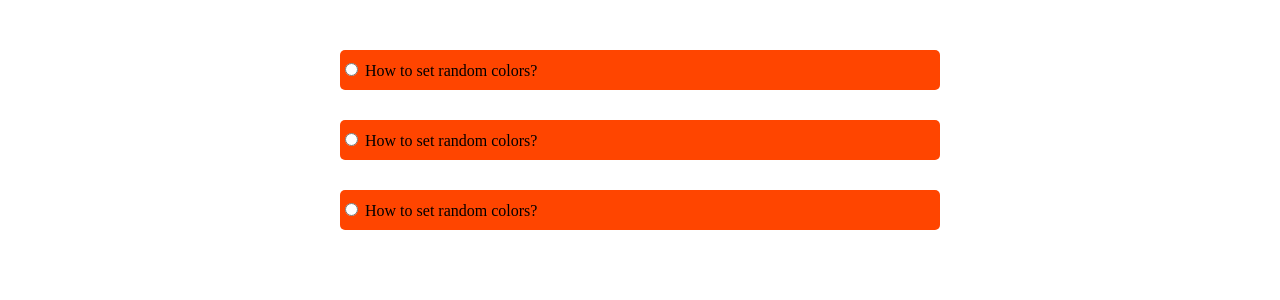
Repository: truongtn04/f8-fullstack-k5
Page: day05/ex02.html
The author's editor kept a copy of each file at every save. The page is drawn from the files as they stood at one save, then again after the next save.
The browser window is 1280 px wide. The pictures show the whole page.

Above is the page before, as saved 2023-12-04 11:24:10.

After the next save:
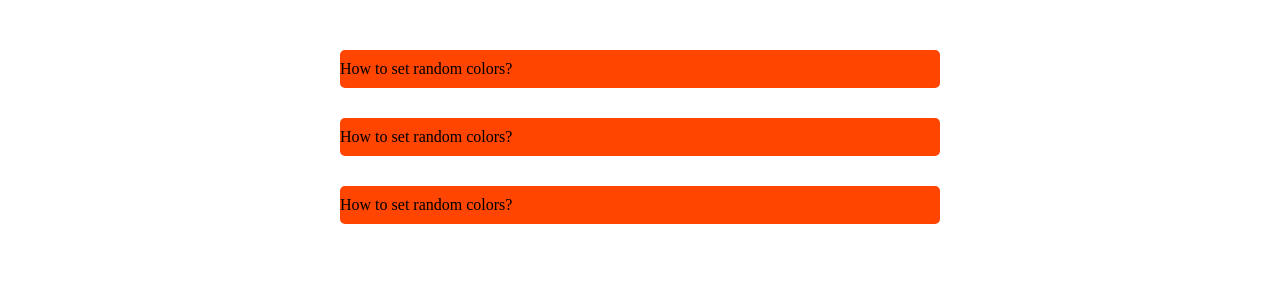
Saved 50 s later.
--- a/day05/css/ex02.css
+++ b/day05/css/ex02.css
@@ -7,6 +7,9 @@ label{
 article{
     width: 600px;
     margin: 0 auto;
+}
+input{
+    display: none;
 }
 label{
     width: 600px;
